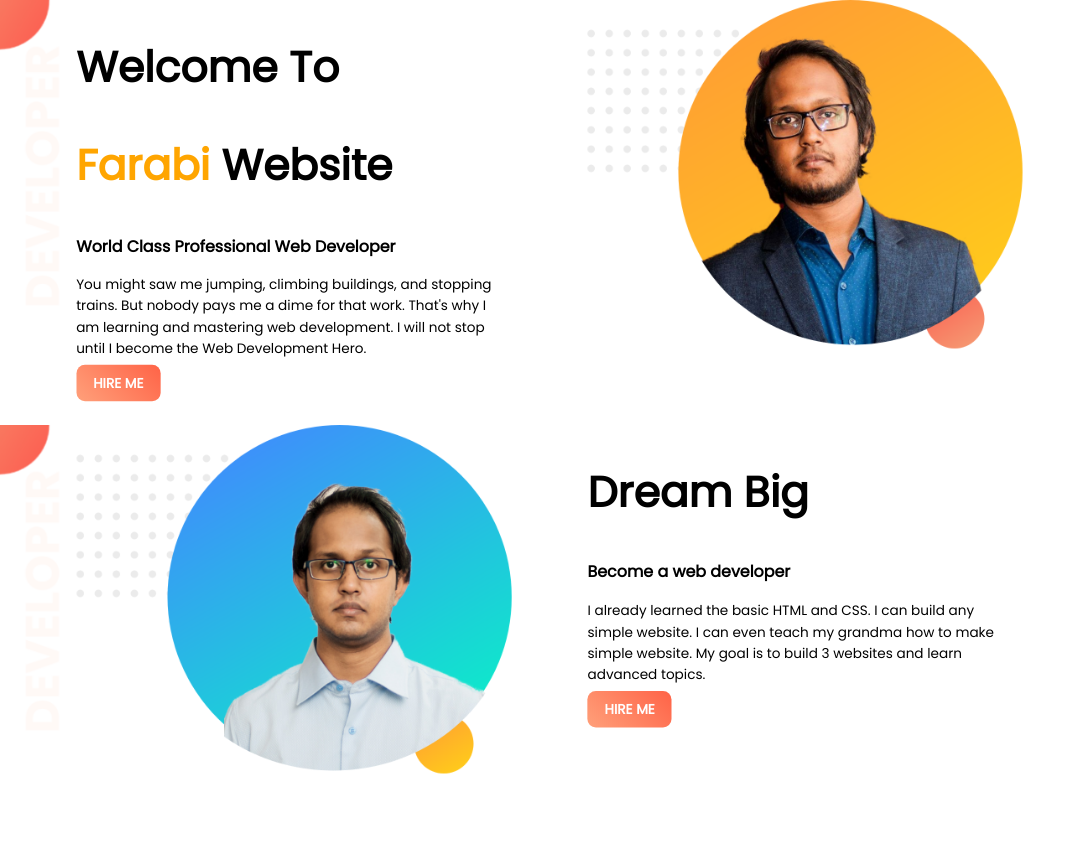
Repository: mohsinfarabi/web-portfolio
Page: index.html
These files come from the project's save history. The page is drawn as it stood at one moment and after the next save; the edit follows.
The browser window is 1280 px wide. The pictures show the whole page, at 85% of full size.

Above is the page before, as saved 2020-06-30 23:24:25.

### index.html
<!DOCTYPE html>
<html lang="en">

<head>
    <meta charset="UTF-8">
    <meta name="viewport" content="width=device-width, initial-scale=1.0">
    <link href="https://fonts.googleapis.com/css2?family=Poppins" rel="stylesheet">
    <title>Farabi Web Developer</title>
    <link rel="stylesheet" href="style.css">
</head>

<body>
    <section class="top-banner">
        <div class="half-width">
            <h1>Welcome To</h1>
            <h1><span class="name-highlight">Farabi</span> Website</h1>
            <h3>World Class Professional Web Developer</h3>
            <p>You might saw me jumping, climbing buildings, and stopping trains. But nobody pays me a dime for that work. That's why I am learning and mastering web development. I will not stop until I become the Web Development Hero.</p>
            <a class="link-button" target="_blank" href="https://www.linkedin.com/in/mohsin-farabi-68655040/">HIRE ME</a>
        </div>
        <div class="half-width">
            <img src="images/profile1.png" alt="">
        </div>
    </section>
    <section class="dream-area">
        <div class="half-width">
            <img src="images/profile2.png" alt="">
        </div>
        <div class="half-width">
            <h1>Dream Big</h1>
            <h3>Become a web developer</h3>
            <p>I already learned the basic HTML and CSS. I can build any simple website. I can even teach my grandma how to make simple website. My goal is to build 3 websites and learn advanced topics.</p>
            <a class="link-button" target="_blank" href="https://www.linkedin.com/in/mohsin-farabi-68655040/">HIRE ME</a>
        </div>

    </section>
</body>

</html>

### style.css
body {
    margin: 0;
    font-family: 'Poppins', sans-serif;
}

h1 {
    font-size: 50px;
}

.name-highlight {
    color: orange;
}

.half-width {
    width: 40%;
    float: left;
    margin-left: 5%;
    padding-left: 2%;
}

.half-width img {
    width: 100%;
}

.top-banner {
    background-image: url(images/top-banner.png);
    background-repeat: no-repeat;
}

.dream-area {
    background-image: url(images/top-banner.png);
    background-repeat: no-repeat;
}

section {
    height: 500px;
}

.link-button {
    text-decoration: none;
    background-image: linear-gradient(45deg, lightSalmon, tomato);
    padding: 10px 20px;
    border-radius: 10px;
    color: white;
    font-weight: 700;
}

After the next save:
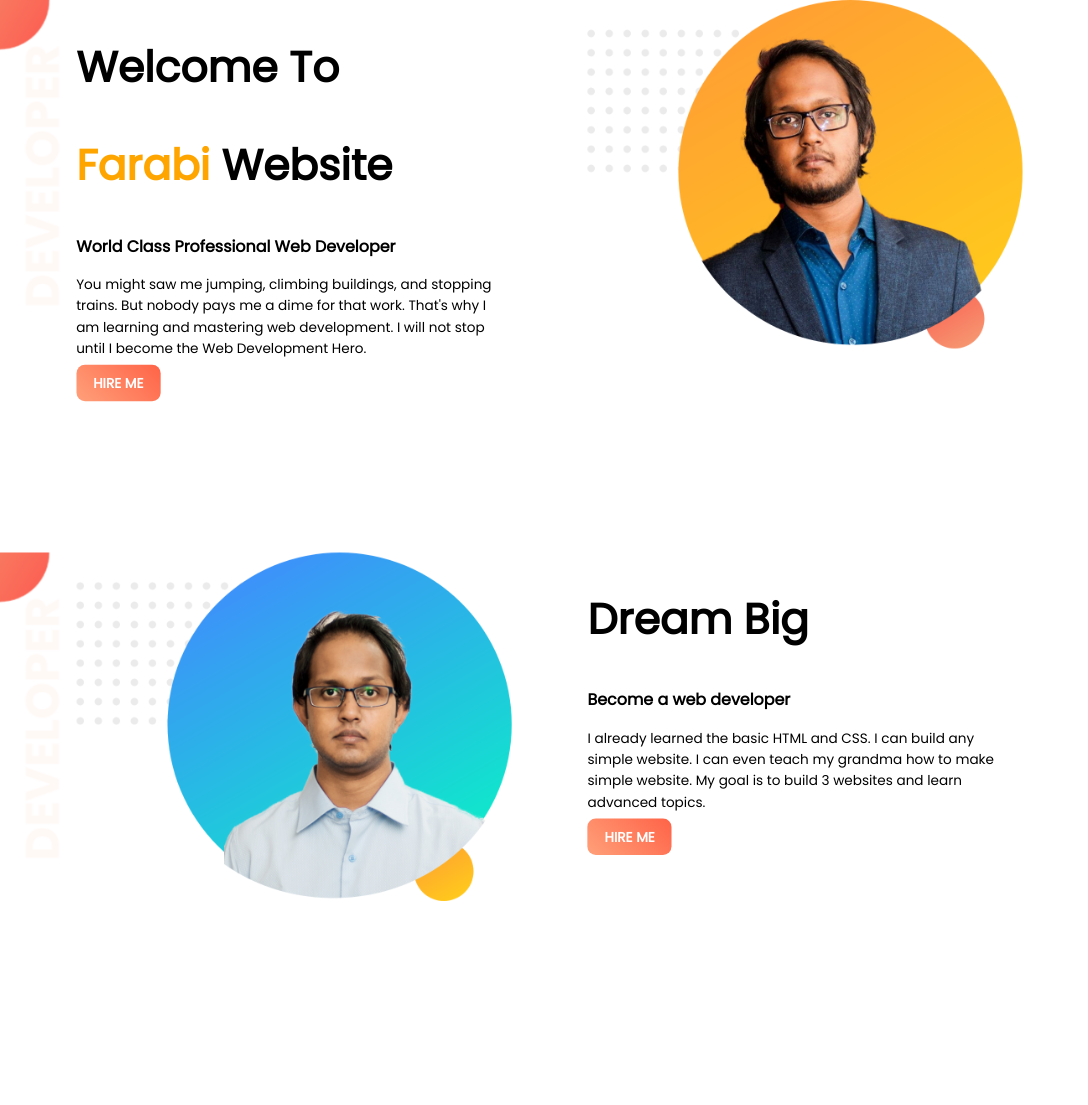
Saved 2 min 50 s later.
--- a/style.css
+++ b/style.css
@@ -34,6 +34,7 @@ h1 {
 
 section {
     height: 500px;
+    padding-bottom: 150px;
 }
 
 .link-button {
